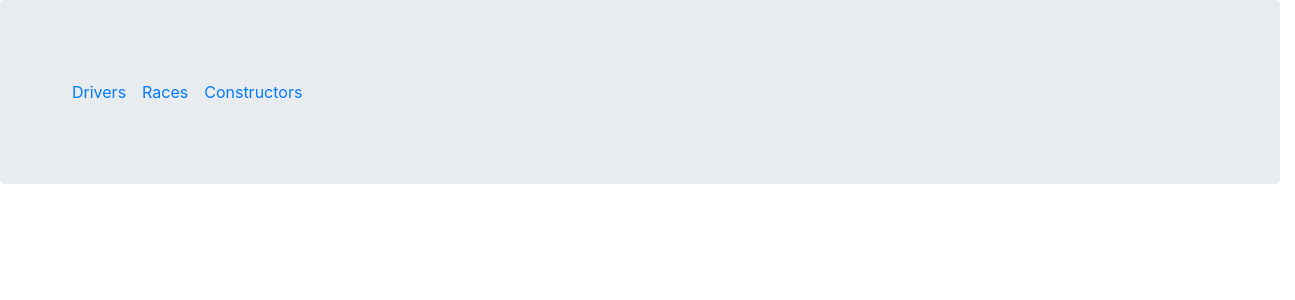
Repository: Lynras/formular1
Page: /RaceList
An editor plug-in stored every save of this project. The page is shown before and after the next save, followed by the edit.
The browser window is 1280 px wide. The page is 1280 px wide, then 1295 px, so the pictures cover 1295 px, including what lies to the right of the window. The pictures show the whole page.
The page's requests for data from a server got no answer. Some web libraries are served in a nearby version. The project was rebuilt for these pictures with package versions that can differ from the ones it lists, and the page was loaded fresh each time. No one was signed in, and anything a server would have sent is missing. Also part of the build but not shown: src/components/DriversList.js, src/components/ConstructorsList.js.

Above is the page before, as saved 2021-03-24 11:32:34.

### public/index.html
<!DOCTYPE html>
<html lang="en">
  <head>
    <meta charset="utf-8" />
    <link rel="icon" href="%PUBLIC_URL%/favicon.ico" />
    <link rel="stylesheet" href="https://stackpath.bootstrapcdn.com/bootstrap/4.2.1/css/bootstrap.min.css" integrity="sha384-GJzZqFGwb1QTTN6wy59ffF1BuGJpLSa9DkKMp0DgiMDm4iYMj70gZWKYbI706tWS" crossorigin="anonymous">

    <meta name="viewport" content="width=device-width, initial-scale=1" />
    <meta name="theme-color" content="#000000" />
    <meta
      name="description"
      content="Web site created using create-react-app"
    />
    <link rel="apple-touch-icon" href="%PUBLIC_URL%/logo192.png" />
    <!--
      manifest.json provides metadata used when your web app is installed on a
      user's mobile device or desktop. See https://developers.google.com/web/fundamentals/web-app-manifest/
    -->
    <link rel="manifest" href="%PUBLIC_URL%/manifest.json" />
    <!--
      Notice the use of %PUBLIC_URL% in the tags above.
      It will be replaced with the URL of the `public` folder during the build.
      Only files inside the `public` folder can be referenced from the HTML.

      Unlike "/favicon.ico" or "favicon.ico", "%PUBLIC_URL%/favicon.ico" will
      work correctly both with client-side routing and a non-root public URL.
      Learn how to configure a non-root public URL by running `npm run build`.
    -->
    <title>React App</title>
  </head>
  <body>
    <noscript>You need to enable JavaScript to run this app.</noscript>
    <div id="root"></div>
    <!--
      This HTML file is a template.
      If you open it directly in the browser, you will see an empty page.

      You can add webfonts, meta tags, or analytics to this file.
      The build step will place the bundled scripts into the <body> tag.

      To begin the development, run `npm start` or `yarn start`.
      To create a production bundle, use `npm run build` or `yarn build`.
    -->
  </body>
</html>

### src/components/App.js
import React, { Component } from 'react';
import Header from '../components/Header';
import Main from '../components/Main';



class App extends Component {
  render() {
    return (
      <div className="App">
        <header className="App-header">
          <Header/>
          <Main/>
        </header>
      </div>
    );
  }
}

export default App;

### src/reducers/index.js
import { combineReducers } from 'redux';
import driversReducer from './driversReducers';
import raceReducer from "./racesReducer"
import constructorReducer from "./constructorReducer";
export default combineReducers( {drivers: driversReducer, races: raceReducer, constructors: constructorReducer } );

### src/components/Header.js
import React, { Component } from 'react';
import { Link } from 'react-router-dom';



class Header extends Component {
  render() {
    return (
          <header>
          <div className="jumbotron">
            <div class="navbar navbar-expand-lg" >
                <nav className="nav navbar-nav">
                    <Link to='/' className="nav-item nav-link"></Link>
                    <Link to='/DriversList' className="nav-item nav-link">Drivers</Link>
                    <Link to='/RaceList' className="nav-item nav-link">Races</Link>
                    <Link to='/Constructors' className="nav-item nav-link">Constructors</Link>
                </nav>
            </div>
          </div>

        </header>
    );
  }
}

export default Header;

### src/components/Main.js
import React, { Component } from 'react';
import { Switch, Route } from 'react-router-dom';
import DriversList from './DriversList';
import RaceList from "./RaceList";
import Constructors from "./ConstructorsList";



class Main extends Component {
    render() {
      console.log("Main");
      return (
            <main className = "main row">
              <div className = "col-1"></div>
              <div className = "col-8">
                <Switch>
                    <Route exact path='/' component={DriversList}/>
                    <Route path='/DriversList'  component={DriversList}/>
                    <Route path='/RaceList'  component={RaceList}/>
                    <Route path='/Constructors' component={Constructors}/>
                </Switch>
                </div>
                <div className = "col-3"></div>
            </main>
      );
    }
  }
  export default Main;

### src/reducers/driversReducers.js
// eslint-disable-next-line
export default (state=[], action) => {
    switch (action.type) {
        case 'FETCH_DRIVERS': return action.payload;
        default: return state;
    }
 };

### src/reducers/racesReducer.js
// eslint-disable-next-line
export default (state=[], action) => {
    switch (action.type) {
        case 'FETCH_RACES': return action.payload;
        default: return state;
    }
 };

### src/reducers/constructorReducer.js
// eslint-disable-next-line
export default (state=[], action) => {
    switch (action.type) {
        case 'FETCH_CONSTRUCTORS': return action.payload;
        default: return state;
    }
 };

### src/components/RaceList.js
import React from 'react';
import { connect } from 'react-redux';
import { fetchRaces } from '../actions';

class RaceList extends React.Component {

    componentDidMount(){
        this.props.fetchRaces();
    }
    renderList() {
        return this.props.races.map(race => {
            return (
                <div className="item" key={race.round}>
                   <h4>Race: {race.raceName}</h4>
                   <h5>Circit Name: {race.Circuit.circuitName} </h5>
                   <h5>{race.Circuit.Location.country}</h5>
                   <br></br>
                </div>
            )
        })
    }

    render() {
        return <div>{this.renderList()}</div>;
    }
}

const mapStateToProps = state => {
    return { races: state.races };
}

export default connect(mapStateToProps, {fetchRaces})(RaceList);

### src/actions/index.js
import ergast from '../apis/ergast';

export const fetchRaces = () => async dispatch => {
    const response = await ergast.get('/api/f1/races.json');
    dispatch({type: 'FETCH_RACES', payload: response.data.MRData.RaceTable.Races})
};

export const fetchConstructors = () => async dispatch => {
    const response = await ergast.get('/api/f1/constructors.json');
    dispatch({type: 'FETCH_CONSTRUCTORS', payload: response.data.MRData.ConstructorTable.Constructors})
};

export const fetchDrivers = () => async dispatch => {
    const response = await ergast.get('/api/f1/drivers.json');
    dispatch({type: 'FETCH_DRIVERS', payload: response.data.MRData.DriverTable.Drivers})

};

### src/apis/ergast.js
import axios from 'axios';

export default axios.create({
    baseURL: 'http://ergast.com'
});

Loaded but not shown: src/index.js (common file)

After the next save:
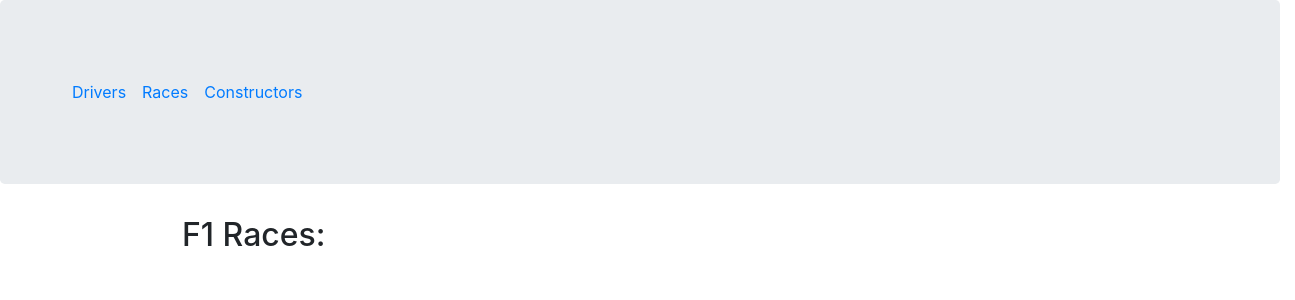
Saved 21 s later.
--- a/src/components/RaceList.js
+++ b/src/components/RaceList.js
@@ -21,7 +21,19 @@ class RaceList extends React.Component {
     }
 
     render() {
-        return <div>{this.renderList()}</div>;
+        return (
+            <div className="row">
+                <div className="col-1"></div>
+                <div className="col-6">
+                    <h2>F1 Races:</h2>
+                    <ul class="namelist">
+                        {this.renderList()}
+                    </ul>
+                </div>
+                <div className="col-7"></div>
+            </div>
+
+        );
     }
 }
 
